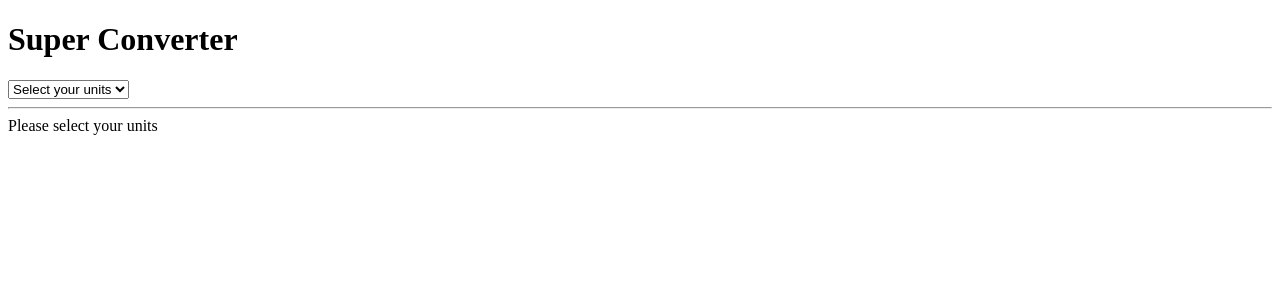
Repository: Leeminsu67/react-principle-study
Page: converter.html
These files come from the project's save history. The page is drawn as it stood at one moment and after the next save; the edit follows.
The browser window is 1280 px wide. The pictures show the whole page.

Above is the page before, as saved 2024-08-01 17:43:20.

After the next save:
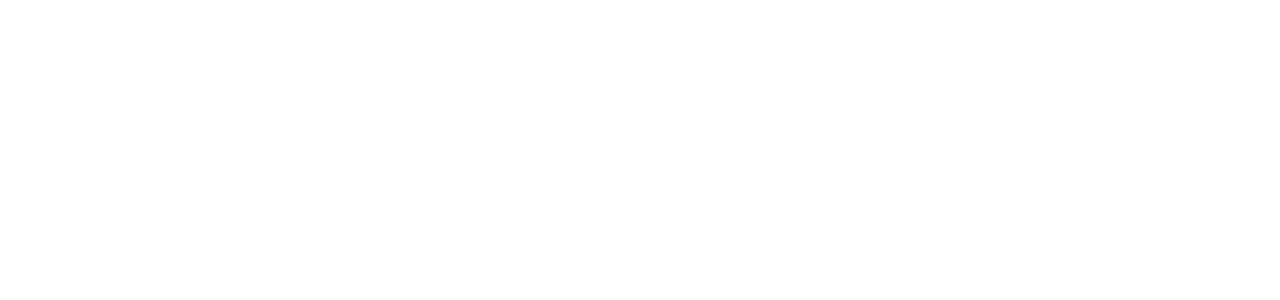
Console error (its wording comes from the project's code and is left out).
Saved 58 s later.
--- a/converter.html
+++ b/converter.html
@@ -81,7 +81,8 @@
             <label htmlFor="miles">Miles</label>
             <input
               // value={inverted ? amount : amount / 1.609}
-              value={inverted ? amount : (amount / 1.609).toFixed(6)}
+              {amount === 0 ? value={inverted ? amount : (amount / 1.609).toFixed(6)} ? value={inverted ? amount : (amount / 1.609).toFixed(6)}}
+
               id="miles"
               type="number"
               placeholder="Miles"

After the save that followed:
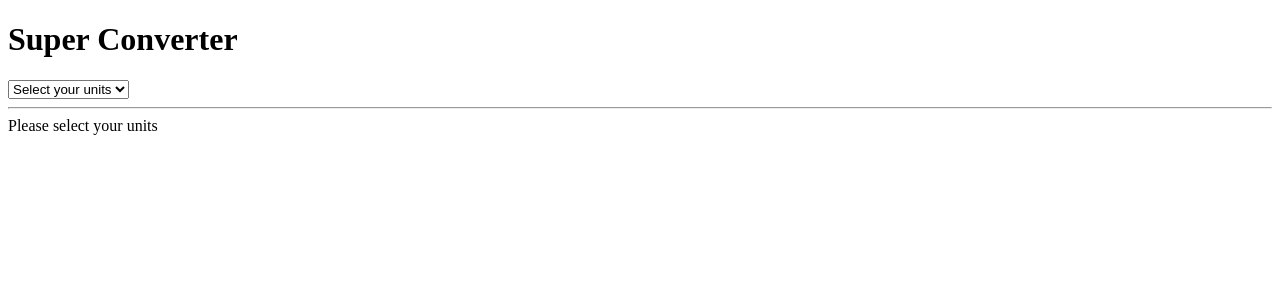
The error is gone.
Saved 20 s later.
--- a/converter.html
+++ b/converter.html
@@ -81,8 +81,7 @@
             <label htmlFor="miles">Miles</label>
             <input
               // value={inverted ? amount : amount / 1.609}
-              {amount === 0 ? value={inverted ? amount : (amount / 1.609).toFixed(6)} ? value={inverted ? amount : (amount / 1.609).toFixed(6)}}
-
+              value={inverted ? amount : (amount / 1.609).toFixed(6)}
               id="miles"
               type="number"
               placeholder="Miles"
